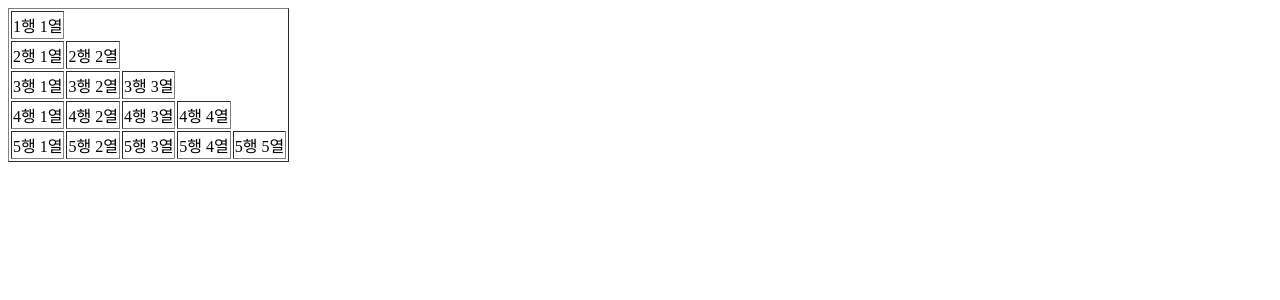
Repository: zoselakt/My_practice_JSP
Page: http://localhost/day02/script_task.jsp
These files come from the project's save history. The page is drawn as it stood at one moment and after the next save; the edit follows.
The browser window is 1280 px wide. The pictures show the whole page.
The page is served by Tomcat 9.

Above is the page before, as saved 2022-02-26 11:58:35.

After the next save:
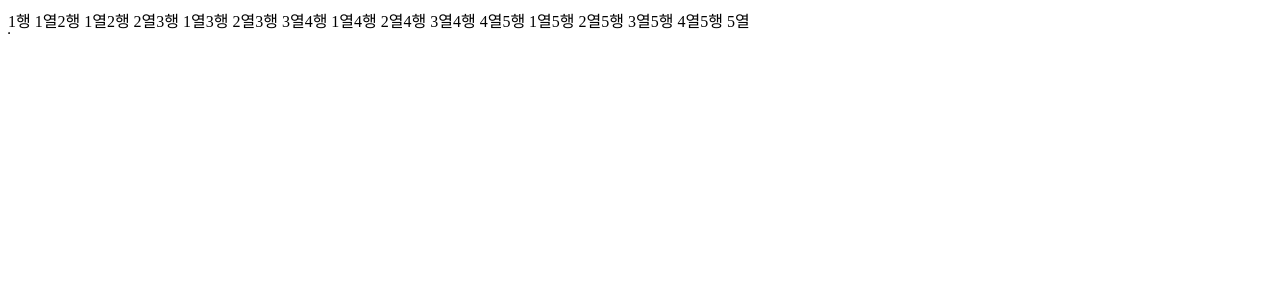
Saved 9 s later.
--- a/day02/WebContent/script_task.jsp
+++ b/day02/WebContent/script_task.jsp
@@ -21,7 +21,7 @@
 		<%for(int i=0; i<5; i++) {%>
 		<tr>
 			<% for(int j=4-i; j<5; j++) { %>
-				<td><%=i+1 %>행 <%=i+2-(5-j)%>열</td>
+				<tr><%=i+1 %>행 <%=i+2-(5-j)%>열</td>
 			<%} %>
 		</tr>
 		<%} %>

After the save that followed:
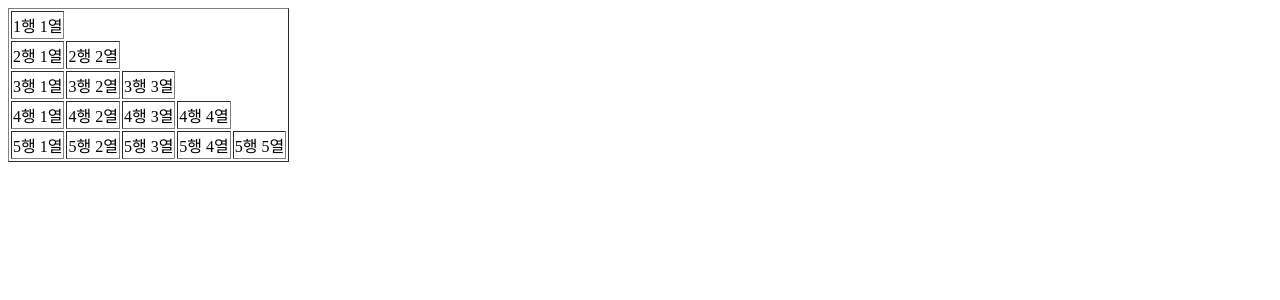
Saved 7 s later.
--- a/day02/WebContent/script_task.jsp
+++ b/day02/WebContent/script_task.jsp
@@ -21,7 +21,7 @@
 		<%for(int i=0; i<5; i++) {%>
 		<tr>
 			<% for(int j=4-i; j<5; j++) { %>
-				<tr><%=i+1 %>행 <%=i+2-(5-j)%>열</td>
+				<td><%=i+1 %>행 <%=i+2-(5-j)%>열</td>
 			<%} %>
 		</tr>
 		<%} %>
